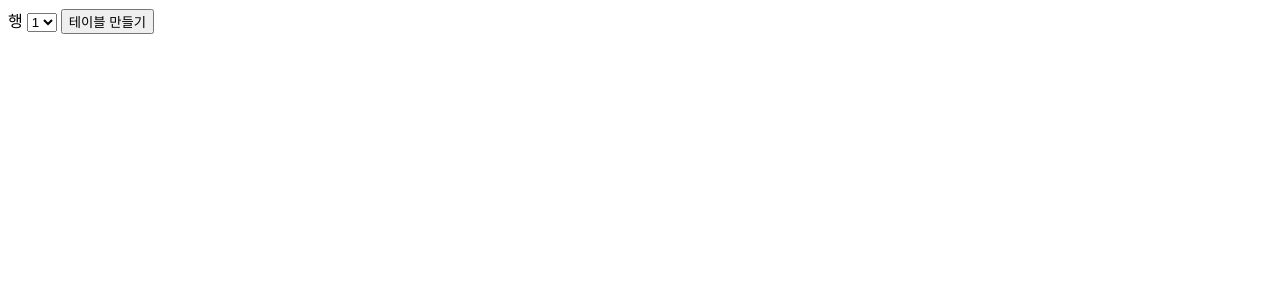
Repository: kuma2458/jsp
Page: http://localhost/step01/04_table_generator.jsp
An editor plug-in stored every save of this project. The page is shown before and after the next save, followed by the edit.
The browser window is 1280 px wide. The pictures show the whole page.
The page is served by Tomcat 9.

Above is the page before, as saved 2023-12-21 02:29:37.

### step01/src/main/webapp/04_table_generator.jsp
<%@ page language="java" contentType="text/html; charset=UTF-8"
    pageEncoding="UTF-8"%>
<!DOCTYPE html>
<html>
<head>
<meta charset="UTF-8">
<title>Insert title here</title>
</head>
<body>
	<form action="" method="post">
	<label for="row">행</label>
	<select name="row">
		<option value=1>1</option>
		<option value=2>2</option>
		<option value=3>3</option>
		<option value=4>4</option>

	</select>
	<button>테이블 만들기</button>
	</form>
</body>
</html>

After the next save:
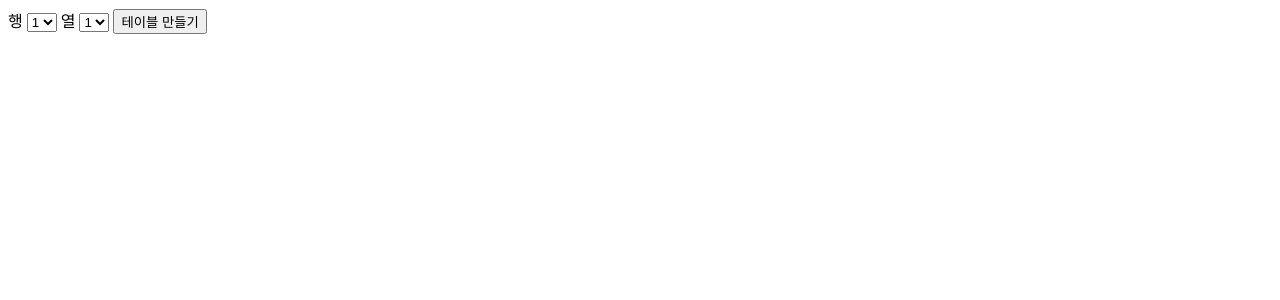
Saved 26 s later.
--- a/step01/src/main/webapp/04_table_generator.jsp
+++ b/step01/src/main/webapp/04_table_generator.jsp
@@ -14,7 +14,13 @@
 		<option value=2>2</option>
 		<option value=3>3</option>
 		<option value=4>4</option>
-
+	</select>
+		<label for="column">열</label>
+	<select name="column">
+		<option value=1>1</option>
+		<option value=2>2</option>
+		<option value=3>3</option>
+		<option value=4>4</option>
 	</select>
 	<button>테이블 만들기</button>
 	</form>
